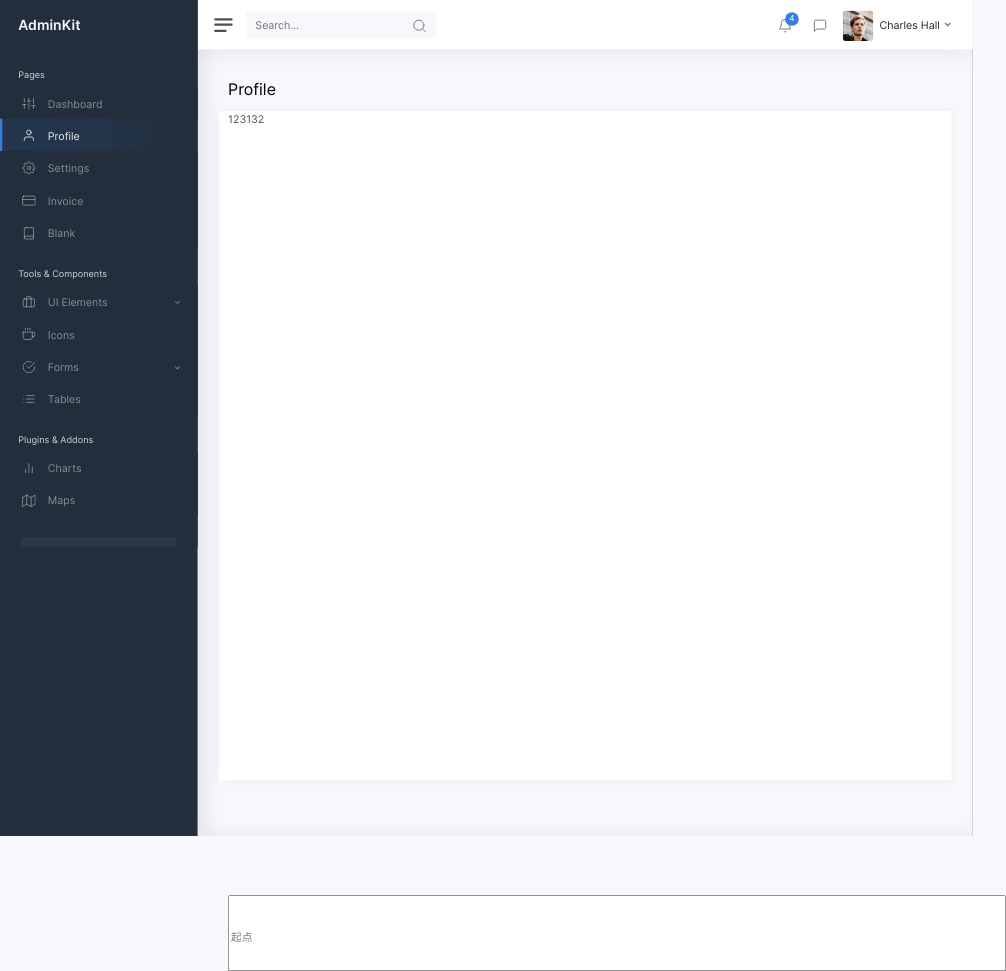
Repository: yuwei0922/WHURS-WGIS
Page: final_project/pages-profile.html
The author's editor kept a copy of each file at every save. The page is drawn from the files as they stood at one save, then again after the next save.
The browser window is 1280 px wide. The page is 1324 px wide, then 1280 px, so the pictures cover 1324 px, including what lies to the right of the window. The pictures show the whole page, at 76% of full size.

Above is the page before, as saved 2022-12-21 20:27:07.
Not found: final_project/js/vendor.js

### final_project/pages-profile.html
<!DOCTYPE html>
<html lang="en">

<head>
	<meta charset="utf-8">
	<meta http-equiv="X-UA-Compatible" content="IE=edge">
	<meta name="viewport" content="width=device-width, initial-scale=1, shrink-to-fit=no">
	<meta name="description" content="Responsive Web UI Kit &amp; Dashboard Template based on Bootstrap">
	<meta name="author" content="AdminKit">
	<meta name="keywords" content="adminkit, bootstrap, web ui kit, dashboard template, admin template">
	<link rel="shortcut icon" href="img/icons/icon-48x48.png" />
	<title>Profile</title>
	<link href="css/app.css" rel="stylesheet">
	<link rel="stylesheet" href="css/content.css">
</head>

<body>
	<div class="wrapper">
		<nav id="sidebar" class="sidebar">
			<div class="sidebar-content js-simplebar">
				<a class="sidebar-brand" href="index.html">
          <span class="align-middle">AdminKit</span>
        </a>

				<ul class="sidebar-nav">
					<li class="sidebar-header">
						Pages
					</li>

					<li class="sidebar-item">
						<a class="sidebar-link" href="index.html">
              <i class="align-middle" data-feather="sliders"></i> <span class="align-middle">Dashboard</span>
            </a>
					</li>

					<li class="sidebar-item active">
						<a class="sidebar-link" href="pages-profile.html">
              <i class="align-middle" data-feather="user"></i> <span class="align-middle">Profile</span>
            </a>
					</li>

					<li class="sidebar-item">
						<a class="sidebar-link" href="pages-settings.html">
              <i class="align-middle" data-feather="settings"></i> <span class="align-middle">Settings</span>
            </a>
					</li>

					<li class="sidebar-item">
						<a class="sidebar-link" href="pages-invoice.html">
              <i class="align-middle" data-feather="credit-card"></i> <span class="align-middle">Invoice</span>
            </a>
					</li>

					<li class="sidebar-item">
						<a class="sidebar-link" href="pages-blank.html">
              <i class="align-middle" data-feather="book"></i> <span class="align-middle">Blank</span>
            </a>
					</li>

					<li class="sidebar-header">
						Tools & Components
					</li>
					<li class="sidebar-item">
						<a href="#ui" data-toggle="collapse" class="sidebar-link collapsed">
              <i class="align-middle" data-feather="briefcase"></i> <span class="align-middle">UI Elements</span>
            </a>
						<ul id="ui" class="sidebar-dropdown list-unstyled collapse " data-parent="#sidebar">
							<li class="sidebar-item"><a class="sidebar-link" href="ui-alerts.html">Alerts</a></li>
							<li class="sidebar-item"><a class="sidebar-link" href="ui-buttons.html">Buttons</a></li>
							<li class="sidebar-item"><a class="sidebar-link" href="ui-cards.html">Cards</a></li>
							<li class="sidebar-item"><a class="sidebar-link" href="ui-general.html">General</a></li>
							<li class="sidebar-item"><a class="sidebar-link" href="ui-grid.html">Grid</a></li>
							<li class="sidebar-item"><a class="sidebar-link" href="ui-modals.html">Modals</a></li>
							<li class="sidebar-item"><a class="sidebar-link" href="ui-typography.html">Typography</a></li>
						</ul>
					</li>

					<li class="sidebar-item">
						<a class="sidebar-link" href="icons-feather.html">
              <i class="align-middle" data-feather="coffee"></i> <span class="align-middle">Icons</span>
            </a>
					</li>

					<li class="sidebar-item">
						<a href="#forms" data-toggle="collapse" class="sidebar-link collapsed">
              <i class="align-middle" data-feather="check-circle"></i> <span class="align-middle">Forms</span>
            </a>
						<ul id="forms" class="sidebar-dropdown list-unstyled collapse " data-parent="#sidebar">
							<li class="sidebar-item"><a class="sidebar-link" href="forms-layouts.html">Form Layouts</a></li>
							<li class="sidebar-item"><a class="sidebar-link" href="forms-basic-inputs.html">Basic Inputs</a></li>
						</ul>
					</li>

					<li class="sidebar-item">
						<a class="sidebar-link" href="tables-bootstrap.html">
              <i class="align-middle" data-feather="list"></i> <span class="align-middle">Tables</span>
            </a>
					</li>

					<li class="sidebar-header">
						Plugins & Addons
					</li>

					<li class="sidebar-item">
						<a class="sidebar-link" href="charts-chartjs.html">
              <i class="align-middle" data-feather="bar-chart-2"></i> <span class="align-middle">Charts</span>
            </a>
					</li>

					<li class="sidebar-item">
						<a class="sidebar-link" href="maps-google.html">
              <i class="align-middle" data-feather="map"></i> <span class="align-middle">Maps</span>
            </a>
					</li>
				</ul>

				<div class="sidebar-cta">
					<div class="sidebar-cta-content">
						<strong class="d-inline-block mb-2">Upgrade to Pro</strong>
						<div class="mb-3 text-sm">
							Are you looking for more components?
						</div>
						<a href="#" target="_blank" class="btn btn-outline-primary btn-block">Upgrade</a>
					</div>
				</div>
			</div>
		</nav>

		<div class="main">
			<nav class="navbar navbar-expand navbar-light navbar-bg">
				<a class="sidebar-toggle d-flex">
          <i class="hamburger align-self-center"></i>
        </a>

				<form class="form-inline d-none d-sm-inline-block">
					<div class="input-group input-group-navbar">
						<input type="text" class="form-control" placeholder="Search…" aria-label="Search">
						<div class="input-group-append">
							<button class="btn" type="button">
                <i class="align-middle" data-feather="search"></i>
              </button>
						</div>
					</div>
				</form>

				<div class="navbar-collapse collapse">
					<ul class="navbar-nav navbar-align">
						<li class="nav-item dropdown">
							<a class="nav-icon dropdown-toggle" href="#" id="alertsDropdown" data-toggle="dropdown">
								<div class="position-relative">
									<i class="align-middle" data-feather="bell"></i>
									<span class="indicator">4</span>
								</div>
							</a>
							<div class="dropdown-menu dropdown-menu-lg dropdown-menu-right py-0" aria-labelledby="alertsDropdown">
								<div class="dropdown-menu-header">
									4 New Notifications
								</div>
								<div class="list-group">
									<a href="#" class="list-group-item">
										<div class="row no-gutters align-items-center">
											<div class="col-2">
												<i class="text-danger" data-feather="alert-circle"></i>
											</div>
											<div class="col-10">
												<div class="text-dark">Update completed</div>
												<div class="text-muted small mt-1">Restart server 12 to complete the update.</div>
												<div class="text-muted small mt-1">30m ago</div>
											</div>
										</div>
									</a>
									<a href="#" class="list-group-item">
										<div class="row no-gutters align-items-center">
											<div class="col-2">
												<i class="text-warning" data-feather="bell"></i>
											</div>
											<div class="col-10">
												<div class="text-dark">Lorem ipsum</div>
												<div class="text-muted small mt-1">Aliquam ex eros, imperdiet vulputate hendrerit et.</div>
												<div class="text-muted small mt-1">2h ago</div>
											</div>
										</div>
									</a>
									<a href="#" class="list-group-item">
										<div class="row no-gutters align-items-center">
											<div class="col-2">
												<i class="text-primary" data-feather="home"></i>
											</div>
											<div class="col-10">
												<div class="text-dark">Login from 192.186.1.8</div>
												<div class="text-muted small mt-1">5h ago</div>
											</div>
										</div>
									</a>
									<a href="#" class="list-group-item">
										<div class="row no-gutters align-items-center">
											<div class="col-2">
												<i class="text-success" data-feather="user-plus"></i>
											</div>
											<div class="col-10">
												<div class="text-dark">New connection</div>
												<div class="text-muted small mt-1">Christina accepted your request.</div>
												<div class="text-muted small mt-1">14h ago</div>
											</div>
										</div>
									</a>
								</div>
								<div class="dropdown-menu-footer">
									<a href="#" class="text-muted">Show all notifications</a>
								</div>
							</div>
						</li>
						<li class="nav-item dropdown">
							<a class="nav-icon dropdown-toggle" href="#" id="messagesDropdown" data-toggle="dropdown">
								<div class="position-relative">
									<i class="align-middle" data-feather="message-square"></i>
								</div>
							</a>
							<div class="dropdown-menu dropdown-menu-lg dropdown-menu-right py-0" aria-labelledby="messagesDropdown">
								<div class="dropdown-menu-header">
									<div class="position-relative">
										4 New Messages
									</div>
								</div>
								<div class="list-group">
									<a href="#" class="list-group-item">
										<div class="row no-gutters align-items-center">
											<div class="col-2">
												<img src="img/avatars/avatar-5.jpg" class="avatar img-fluid rounded-circle" alt="Vanessa Tucker">
											</div>
											<div class="col-10 pl-2">
												<div class="text-dark">Vanessa Tucker</div>
												<div class="text-muted small mt-1">Nam pretium turpis et arcu. Duis arcu tortor.</div>
												<div class="text-muted small mt-1">15m ago</div>
											</div>
										</div>
									</a>
									<a href="#" class="list-group-item">
										<div class="row no-gutters align-items-center">
											<div class="col-2">
												<img src="img/avatars/avatar-2.jpg" class="avatar img-fluid rounded-circle" alt="William Harris">
											</div>
											<div class="col-10 pl-2">
												<div class="text-dark">William Harris</div>
												<div class="text-muted small mt-1">Curabitur ligula sapien euismod vitae.</div>
												<div class="text-muted small mt-1">2h ago</div>
											</div>
										</div>
									</a>
									<a href="#" class="list-group-item">
										<div class="row no-gutters align-items-center">
											<div class="col-2">
												<img src="img/avatars/avatar-4.jpg" class="avatar img-fluid rounded-circle" alt="Christina Mason">
											</div>
											<div class="col-10 pl-2">
												<div class="text-dark">Christina Mason</div>
												<div class="text-muted small mt-1">Pellentesque auctor neque nec urna.</div>
												<div class="text-muted small mt-1">4h ago</div>
											</div>
										</div>
									</a>
									<a href="#" class="list-group-item">
										<div class="row no-gutters align-items-center">
											<div class="col-2">
												<img src="img/avatars/avatar-3.jpg" class="avatar img-fluid rounded-circle" alt="Sharon Lessman">
											</div>
											<div class="col-10 pl-2">
												<div class="text-dark">Sharon Lessman</div>
												<div class="text-muted small mt-1">Aenean tellus metus, bibendum sed, posuere ac, mattis non.</div>
												<div class="text-muted small mt-1">5h ago</div>
											</div>
										</div>
									</a>
								</div>
								<div class="dropdown-menu-footer">
									<a href="#" class="text-muted">Show all messages</a>
								</div>
							</div>
						</li>
						<li class="nav-item dropdown">
							<a class="nav-icon dropdown-toggle d-inline-block d-sm-none" href="#" data-toggle="dropdown">
                <i class="align-middle" data-feather="settings"></i>
              </a>

							<a class="nav-link dropdown-toggle d-none d-sm-inline-block" href="#" data-toggle="dropdown">
                <img src="img/avatars/avatar.jpg" class="avatar img-fluid rounded mr-1" alt="Charles Hall" /> <span class="text-dark">Charles Hall</span>
              </a>
							<div class="dropdown-menu dropdown-menu-right">
								<a class="dropdown-item" href="pages-profile.html"><i class="align-middle mr-1" data-feather="user"></i> Profile</a>
								<a class="dropdown-item" href="#"><i class="align-middle mr-1" data-feather="pie-chart"></i> Analytics</a>
								<div class="dropdown-divider"></div>
								<a class="dropdown-item" href="pages-settings.html"><i class="align-middle mr-1" data-feather="settings"></i> Settings & Privacy</a>
								<a class="dropdown-item" href="#"><i class="align-middle mr-1" data-feather="help-circle"></i> Help Center</a>
								<div class="dropdown-divider"></div>
								<a class="dropdown-item" href="#">Log out</a>
							</div>
						</li>
					</ul>
				</div>
			</nav>

			<main class="content">
				<div class="container-fluid p-0 map-background"  style="position: relative;">

					<h1 class="h3 mb-3">Profile</h1>

					<div class="row map-background">
						<div class="card col-12 mapcontent">123132</div>
					</div>
				</div>
				<div class="select-contronller">
					<input type="text" placeholder="起点" name="ori" class="input-ori">
				</div>
			</main>


	</div>

	<script src="js/vendor.js"></script>
	<script src="js/app.js"></script>

</body>

</html>

### final_project/css/content.css
.map-background{
    height:100%;
    position: relative;
}

.mapcontent{
    height: 90%;
}

.select-contronller{
    display: inline-block;
    margin: 10% 0;
    right: 0;
    height: 700px;
    background-color: black;
    width: 15%;
}

.input-ori{
    position: absolute;
    margin:auto;
    padding-top: 10px;
    height: 100px;
    width: 80%;
}

Loaded but not shown: final_project/css/app.css (library); final_project/js/app.js (library)

After the next save:
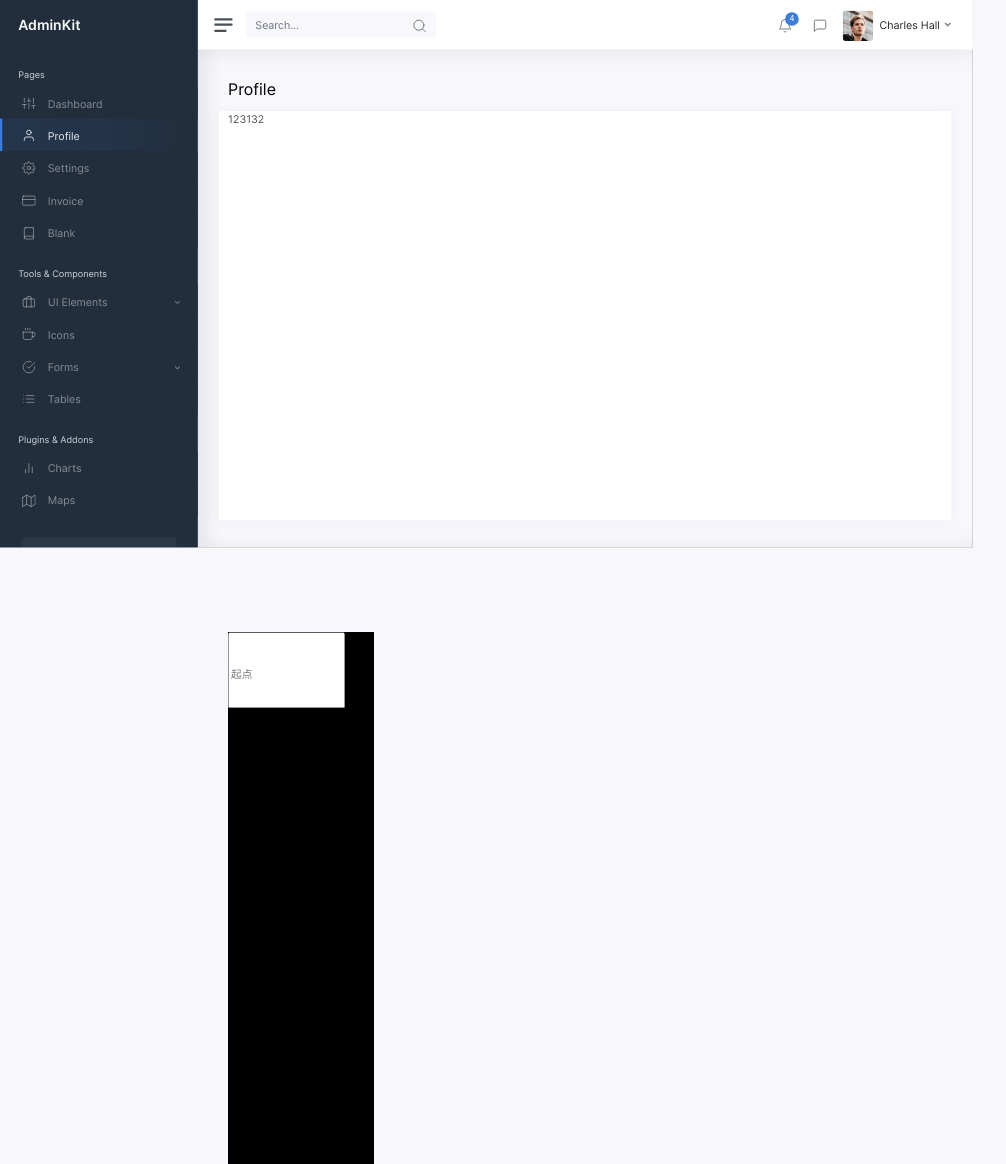
Saved 33 s later.
--- a/final_project/css/content.css
+++ b/final_project/css/content.css
@@ -8,9 +8,10 @@
 }
 
 .select-contronller{
-    display: inline-block;
+    float: right;
+    display: inline-flex;
+    position: absolute;
     margin: 10% 0;
-    right: 0;
     height: 700px;
     background-color: black;
     width: 15%;
